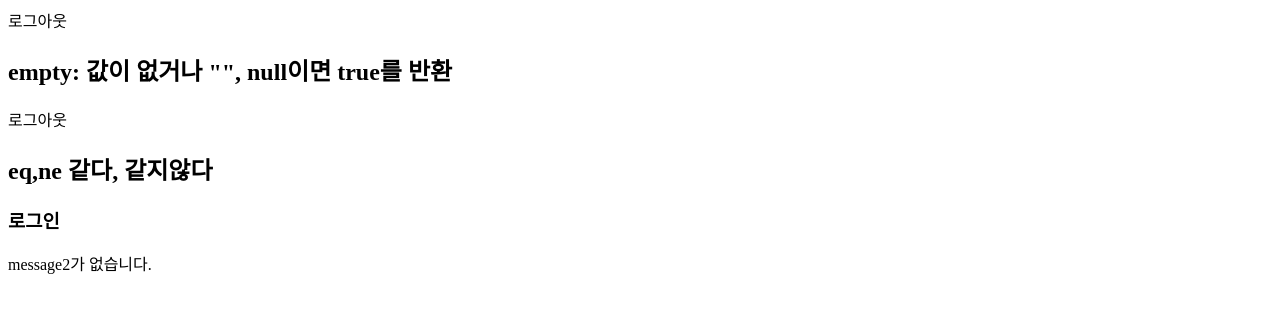
Repository: nobley3/EclipseIDE
Page: http://localhost/ELprj0908/jstl4
These files come from the project's save history. The page is drawn as it stood at one moment and after the next save; the edit follows.
The browser window is 1280 px wide. The pictures show the whole page.
The page is served by Tomcat 9.

Above is the page before, as saved 2023-09-08 03:24:02.

After the next save:
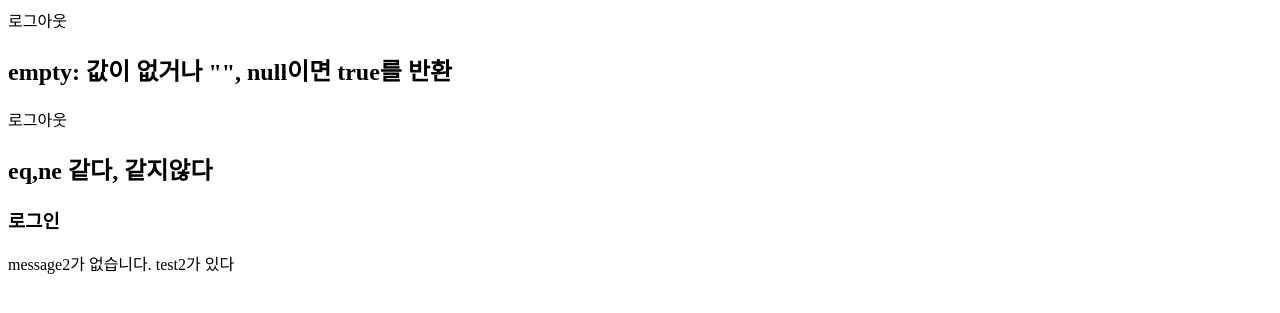
Saved 43 s later.
--- a/ELprj0908/src/main/webapp/WEB-INF/views/jstl4.jsp
+++ b/ELprj0908/src/main/webapp/WEB-INF/views/jstl4.jsp
@@ -49,5 +49,11 @@
 
 	<c:set var="loginout" value="${empty id? 'login':'logout' }"></c:set>
 
+	 <c:set var="test2" value="acorn2"/>
+	<c:set var="result" value="${empty test2 ?'test2가 없다':'test2가 있다'}"/>
+
+
+	${result}
+
 </body>
 </html>
